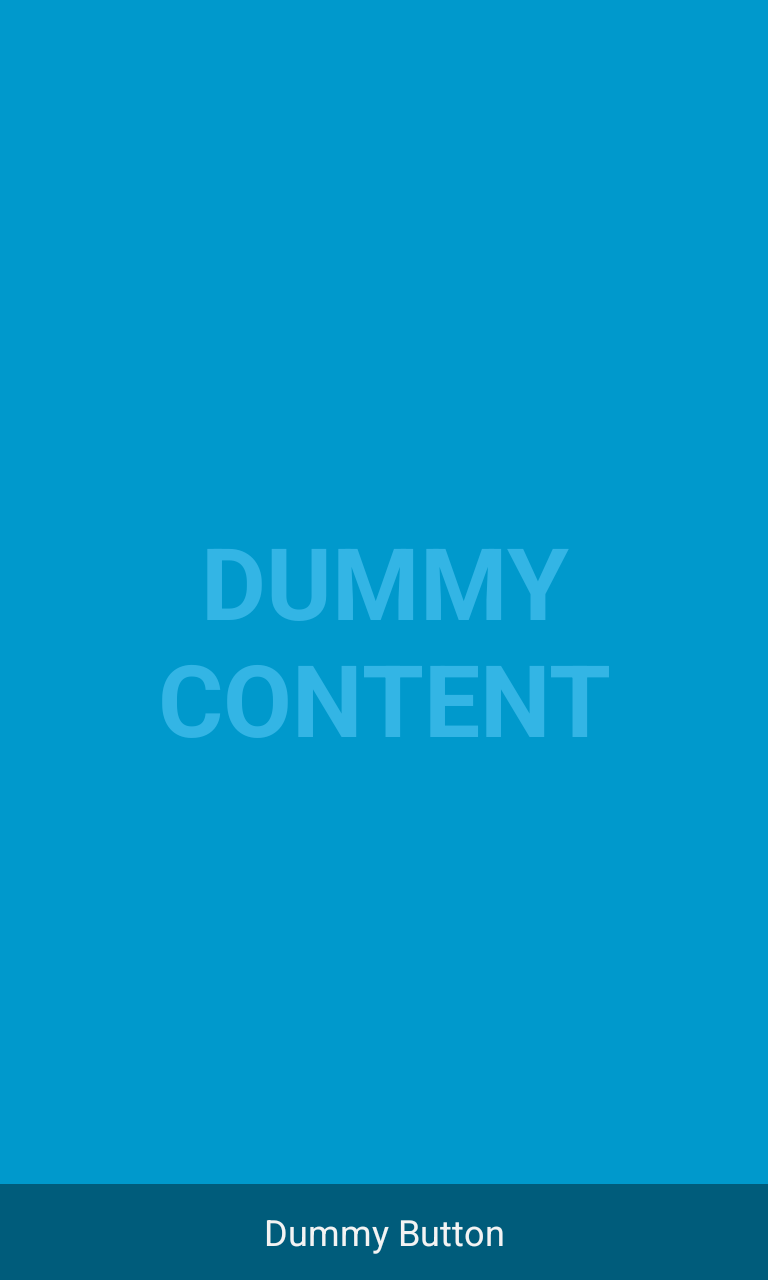
Repository: mdelbo/appcenter
Layout: WayBackHome/res/layout/activity_touch_paint.xml
These files come from the project's save history. The layout is drawn as it stood at one moment and after the next save; the edit follows.
It is drawn on a 768 x 1280 px phone screen (xhdpi) without system bars, with theme FullscreenTheme; the app's code is not run.

Above is the layout before, as saved 2014-05-20 11:04:44.

### WayBackHome/res/layout/activity_touch_paint.xml
<FrameLayout xmlns:android="http://schemas.android.com/apk/res/android"
    xmlns:tools="http://schemas.android.com/tools"
    android:layout_width="match_parent"
    android:layout_height="match_parent"
    android:background="#0099cc"
    tools:context="com.example.waybackhome.MapActivity" >

    <!--
         The primary full-screen view. This can be replaced with whatever view
         is needed to present your content, e.g. VideoView, SurfaceView,
         TextureView, etc.
    -->

    <TextView
        android:id="@+id/fullscreen_content"
        android:layout_width="match_parent"
        android:layout_height="match_parent"
        android:gravity="center"
        android:keepScreenOn="true"
        android:text="@string/dummy_content"
        android:textColor="#33b5e5"
        android:textSize="50sp"
        android:textStyle="bold" />

    <!--
         This FrameLayout insets its children based on system windows using
         android:fitsSystemWindows.
    -->

    <FrameLayout
        android:layout_width="match_parent"
        android:layout_height="match_parent"
        android:fitsSystemWindows="true" >

        <LinearLayout
            android:id="@+id/fullscreen_content_controls"
            style="?metaButtonBarStyle"
            android:layout_width="match_parent"
            android:layout_height="wrap_content"
            android:layout_gravity="bottom|center_horizontal"
            android:background="@color/black_overlay"
            android:orientation="horizontal"
            tools:ignore="UselessParent" >

            <Button
                android:id="@+id/dummy_button"
                style="?metaButtonBarButtonStyle"
                android:layout_width="0dp"
                android:layout_height="wrap_content"
                android:layout_weight="1"
                android:text="@string/dummy_button" />
        </LinearLayout>
    </FrameLayout>

</FrameLayout>

### WayBackHome/res/values/styles.xml
<?xml version="1.0" encoding="utf-8"?>
<resources>

    <!--
        Base application theme, dependent on API level. This theme is replaced
        by AppBaseTheme from res/values-vXX/styles.xml on newer devices.
    -->
    <style name="AppBaseTheme" parent="Theme.AppCompat.Light">
        <!--
            Theme customizations available in newer API levels can go in
            res/values-vXX/styles.xml, while customizations related to
            backward-compatibility can go here.
        -->
    </style>

    <!-- Application theme. -->
    <style name="AppTheme" parent="AppBaseTheme">
        <!-- All customizations that are NOT specific to a particular API-level can go here. -->
    </style>

    <style name="FullscreenTheme" parent="android:Theme.NoTitleBar">
        <item name="android:windowContentOverlay">@null</item>
        <item name="android:windowBackground">@null</item>
        <item name="metaButtonBarStyle">@style/ButtonBar</item>
        <item name="metaButtonBarButtonStyle">@style/ButtonBarButton</item>
    </style>

    <style name="ButtonBar">
        <item name="android:paddingLeft">2dp</item>
        <item name="android:paddingTop">5dp</item>
        <item name="android:paddingRight">2dp</item>
        <item name="android:paddingBottom">0dp</item>
        <item name="android:background">@android:drawable/bottom_bar</item>
    </style>

    <style name="ButtonBarButton" />

</resources>

### WayBackHome/res/values/strings.xml
<?xml version="1.0" encoding="utf-8"?>
<resources>

    <string name="app_name">Way Back Home</string>
    <string name="dummy_button">Dummy Button</string>
    <string name="dummy_content">DUMMY\nCONTENT</string>

</resources>

Loaded but not shown: WayBackHome/res/values-v11/styles.xml (common file); WayBackHome/res/values/colors.xml (common file)

After the next save:
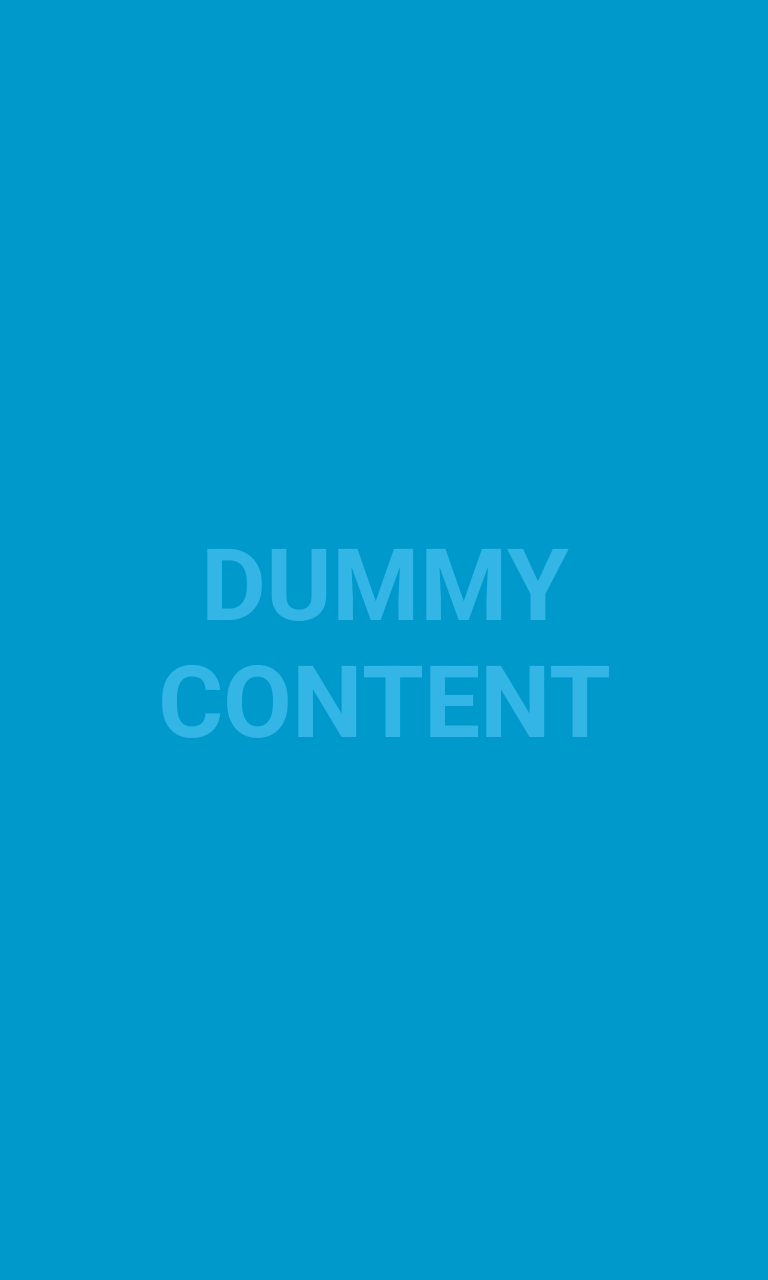
Saved 6 s later.
--- a/WayBackHome/res/layout/activity_touch_paint.xml
+++ b/WayBackHome/res/layout/activity_touch_paint.xml
@@ -41,14 +41,6 @@
             android:background="@color/black_overlay"
             android:orientation="horizontal"
             tools:ignore="UselessParent" >
-
-            <Button
-                android:id="@+id/dummy_button"
-                style="?metaButtonBarButtonStyle"
-                android:layout_width="0dp"
-                android:layout_height="wrap_content"
-                android:layout_weight="1"
-                android:text="@string/dummy_button" />
         </LinearLayout>
     </FrameLayout>
 
